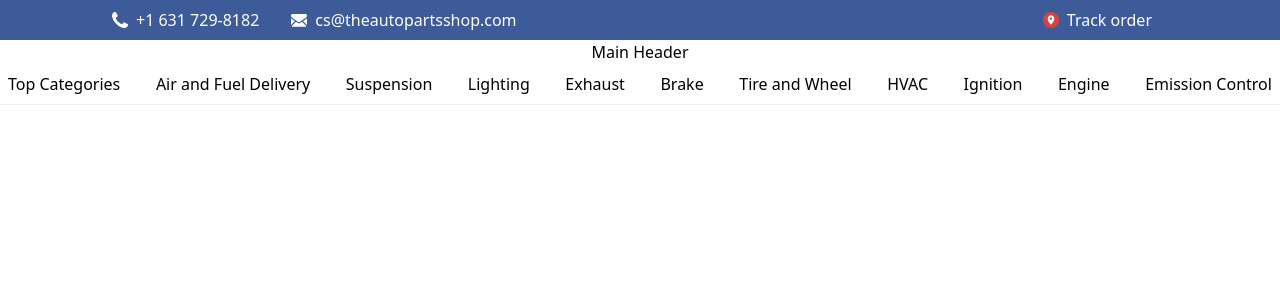
Repository: robindhimanspineor/TAPS-Next
Page: /
These files come from the project's save history. The page is drawn as it stood at one moment and after a run of saves; the edit follows.
The browser window is 1280 px wide. The pictures show the whole page.
The project was rebuilt for these pictures with package versions that can differ from the ones it lists, and the page was loaded fresh each time. The framework's server and built-in components were replaced by stand-ins that run in the browser. Also part of the build but not shown: next.config.js.

Above is the page before, as saved 2021-09-16 16:35:38.

After the next 2 saves:
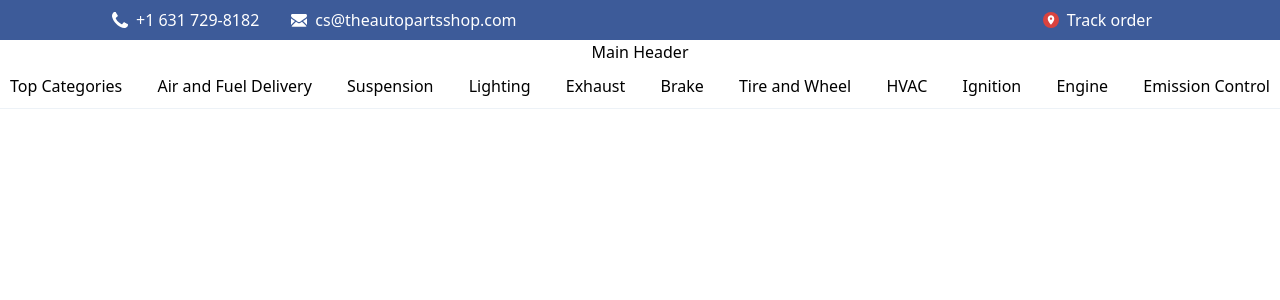
The 2 saves are shown as one change because they came seconds apart.
The last was saved 95 s later.
--- a/src/components/common/header/categories-header.tsx
+++ b/src/components/common/header/categories-header.tsx
@@ -3,37 +3,37 @@ const CategoriesHeader = () => {
   return (
     <div className="header-categories w-screen max-w-screen-xl flex justify-between ">
       <Link href="/">
-        <a className="m-2 text-black">Top Categories</a>
+        <a className="m-2.5 text-black">Top Categories</a>
       </Link>
       <Link href="/air-and-fuel-delivery">
-        <a className="m-2 text-black">Air and Fuel Delivery</a>
+        <a className="m-2.5 text-black">Air and Fuel Delivery</a>
       </Link>
       <Link href="/suspension">
-        <a className="m-2 text-black">Suspension</a>
+        <a className="m-2.5 text-black">Suspension</a>
       </Link>
       <Link href="/electrical-lighting-and-body">
-        <a className="m-2 text-black">Lighting</a>
+        <a className="m-2.5 text-black">Lighting</a>
       </Link>
       <Link href="/exhaust">
-        <a className="m-2 text-black">Exhaust</a>
+        <a className="m-2.5 text-black">Exhaust</a>
       </Link>
       <Link href="/brake">
-        <a className="m-2 text-black">Brake</a>
+        <a className="m-2.5 text-black">Brake</a>
       </Link>
       <Link href="/tire-and-wheel">
-        <a className="m-2 text-black">Tire and Wheel</a>
+        <a className="m-2.5 text-black">Tire and Wheel</a>
       </Link>
       <Link href="/hvac">
-        <a className="m-2 text-black">HVAC</a>
+        <a className="m-2.5 text-black">HVAC</a>
       </Link>
       <Link href="/ignition">
-        <a className="m-2 text-black">Ignition</a>
+        <a className="m-2.5 text-black">Ignition</a>
       </Link>
       <Link href="/engine">
-        <a className="m-2 text-black">Engine</a>
+        <a className="m-2.5 text-black">Engine</a>
       </Link>
       <Link href="/emission-control">
-        <a className="m-2 text-black">Emission Control</a>
+        <a className="m-2.5 text-black">Emission Control</a>
       </Link>
     </div>
   );
